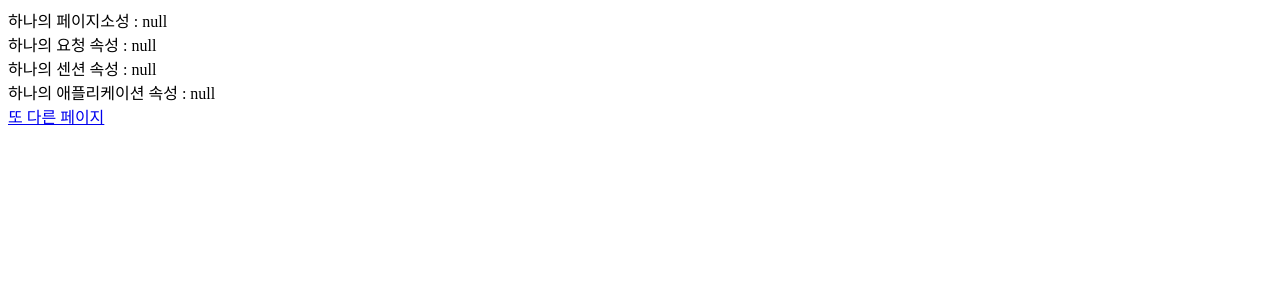
Repository: sinaboro/JSP201310
Page: http://localhost/web-study-04/07_secondPage.jsp
An editor plug-in stored every save of this project. The page is shown before and after the next save, followed by the edit.
The browser window is 1280 px wide. The pictures show the whole page.
The page is served by Tomcat 9. The template is opened directly, without the code that normally fills it, so the values that code supplies are empty.

Above is the page before, as saved 2023-10-11 03:42:55.

After the next save:
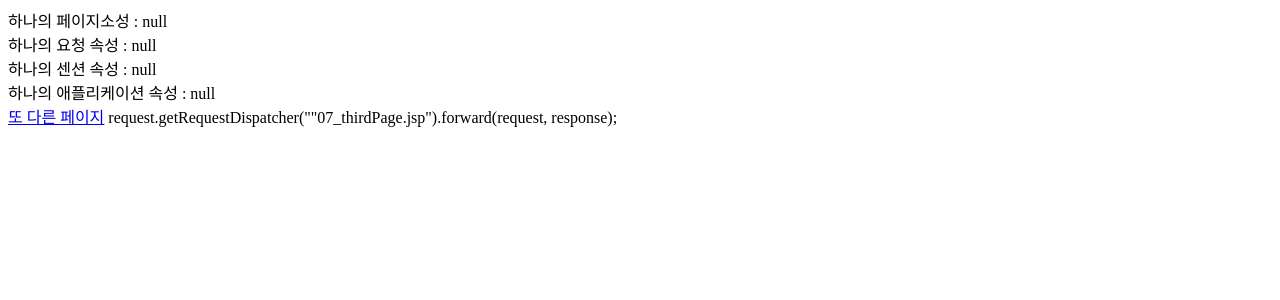
Saved 11 min 15 s later.
--- a/web-study-04/src/main/webapp/07_secondPage.jsp
+++ b/web-study-04/src/main/webapp/07_secondPage.jsp
@@ -14,6 +14,7 @@
 하나의 애플리케이션 속성 : <%=application.getAttribute("name") %><br>
 
 <a href="07_thirdPage.jsp">또 다른 페이지</a>
+request.getRequestDispatcher(""07_thirdPage.jsp").forward(request, response);
 
 </body>
 </html>
